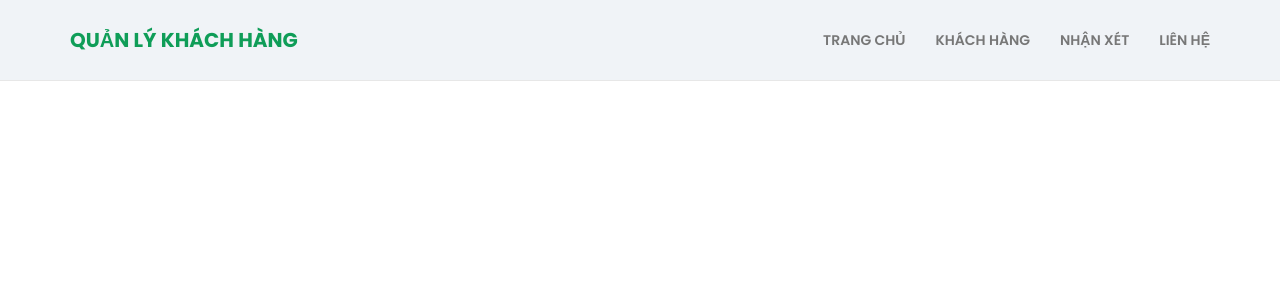
Repository: huutien1904/bt2-ltw
Page: index.html
The author's editor kept a copy of each file at every save. The page is drawn from the files as they stood at one save, then again after the next save.
The browser window is 1280 px wide. The pictures show the whole page.

Above is the page before, as saved 2021-11-03 21:16:53.

### index.html
<!DOCTYPE html>
<html lang="en">
<head>
    <meta charset="UTF-8">
    <meta http-equiv="X-UA-Compatible" content="IE=edge">
    <meta name="viewport" content="width=device-width, initial-scale=1.0">
    <title>Quản Lý Khách Hàng</title>
    <link rel="stylesheet" href="https://maxcdn.bootstrapcdn.com/bootstrap/3.4.1/css/bootstrap.min.css">
    <link href="https://fonts.googleapis.com/css?family=Montserrat" rel="stylesheet" type="text/css">
    <link href="https://fonts.googleapis.com/css?family=Lato" rel="stylesheet" type="text/css">
    <!-- style -->
    <link rel="stylesheet" href="./style.css">
    <!-- font Poppins -->
    <link rel="preconnect" href="https://fonts.googleapis.com">
    <link rel="preconnect" href="https://fonts.gstatic.com" crossorigin>
    <link href="https://fonts.googleapis.com/css2?family=Poppins:wght@100;200;300;400;500;600;700;800;900&display=swap" rel="stylesheet">
    <!-- javacript boostrap -->
    <script src="https://ajax.googleapis.com/ajax/libs/jquery/3.5.1/jquery.min.js"></script>
    <script src="https://maxcdn.bootstrapcdn.com/bootstrap/3.4.1/js/bootstrap.min.js"></script>
</head>
<body>
    <nav class="navbar navbar-default navbar-fixed-top">
        <div class="container">
          <div class="navbar-header">
            <a class="navbar-brand" href="#myPage">QUẢN LÝ KHÁCH HÀNG</a>
          </div>
          <div class="collapse navbar-collapse" id="myNavbar">
            <ul class="nav navbar-nav navbar-right">
              <li><a href="#about">TRANG CHỦ</a></li>
              <li><a href="#services">KHÁCH HÀNG</a></li>
              <li><a href="#pricing">NHẬN XÉT</a></li>
              <li><a href="#contact">LIÊN HỆ</a></li>
            </ul>
          </div>
        </div>
    </nav>
</body>
</html>

### style.css
*{
  font-family: 'Poppins', sans-serif;
}
a{
  padding: 0;
}
:root {
  --primary-color: #0f9d58;
  --backgound-color: #f0f3f7;
  --secon-color: #9da2ad;
  --grey: #7a7a7a;
  --white: #ffffff;
}
body {
  font: 400 15px Lato, sans-serif;
  line-height: 1.8;
  color: #818181;
}
.navbar-default{
  padding: 15px;
  background-color: var(--backgound-color);
}
.navbar-brand{
  font-weight: 700;
  font-size: 20px;
  color: var(--primary-color) !important;
}
.navbar-right li{
  font-size: 14px;
  font-weight: 600;
  /* padding:5px; */
}
.navbar-right li:hover{
  background-color: var(--primary-color);
  border-radius: 10px;
}

After the next save:
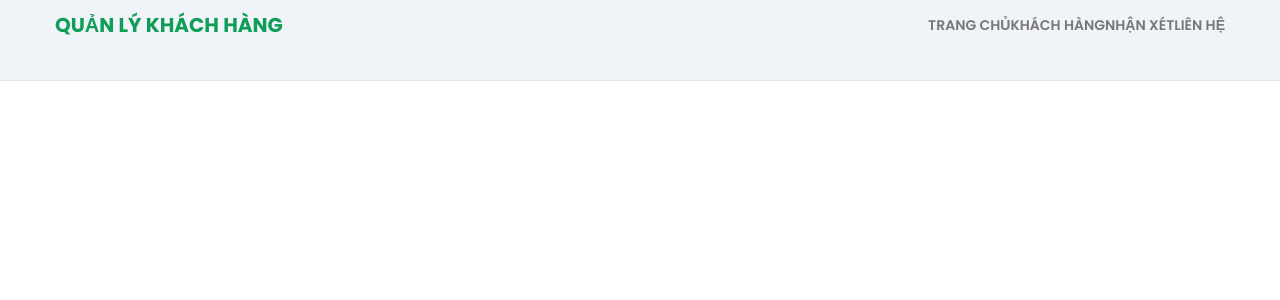
Saved 29 s later.
--- a/style.css
+++ b/style.css
@@ -2,7 +2,7 @@
   font-family: 'Poppins', sans-serif;
 }
 a{
-  padding: 0;
+  padding: 0px !important;
 }
 :root {
   --primary-color: #0f9d58;

After the save that followed:
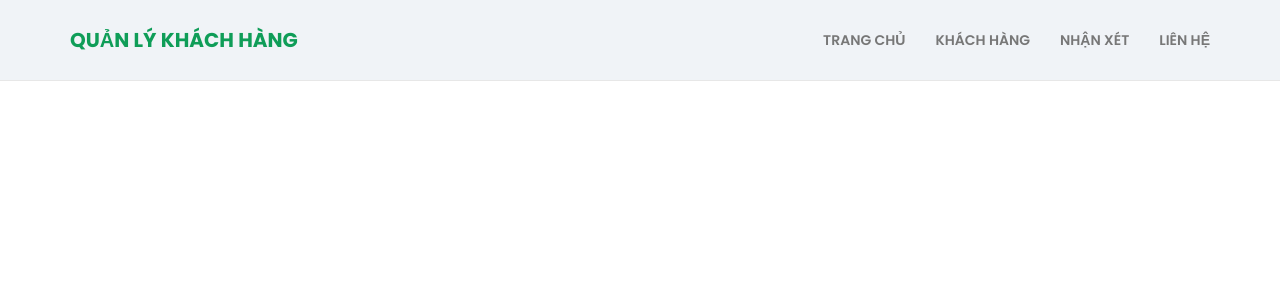
Saved 10 s later.
--- a/style.css
+++ b/style.css
@@ -1,9 +1,7 @@
 *{
   font-family: 'Poppins', sans-serif;
 }
-a{
-  padding: 0px !important;
-}
+
 :root {
   --primary-color: #0f9d58;
   --backgound-color: #f0f3f7;
